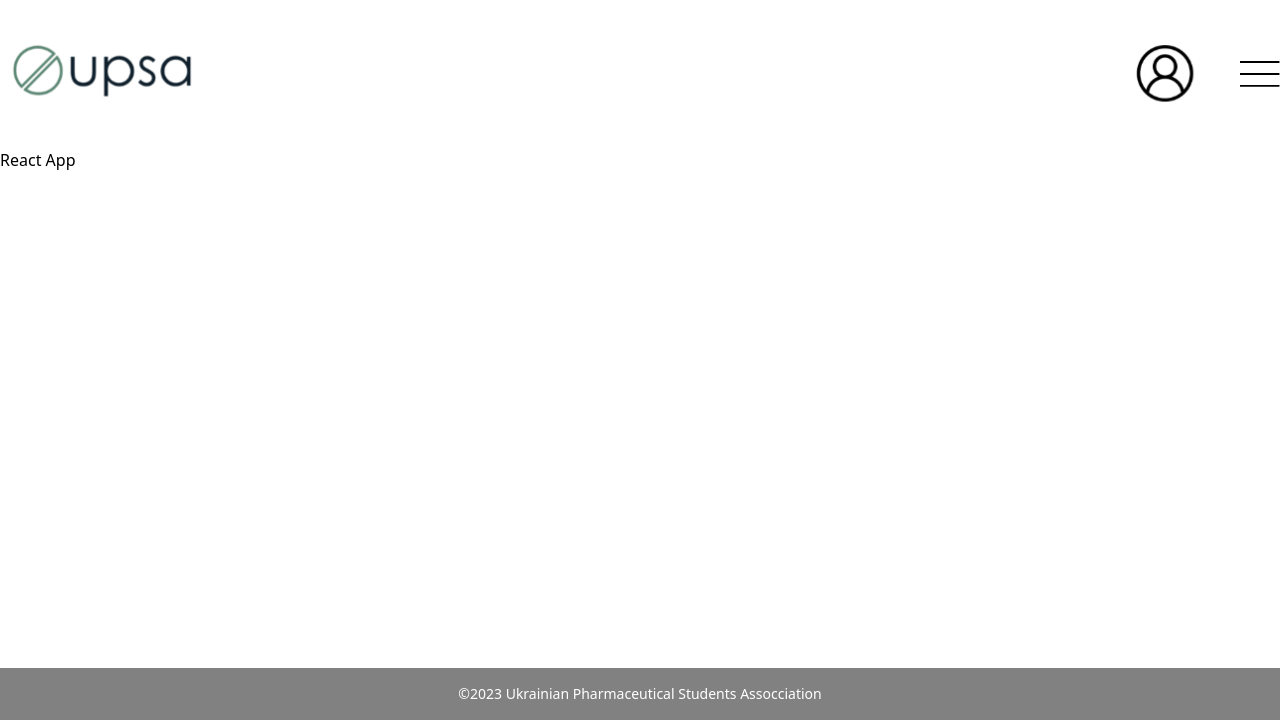
Repository: Alina-Khmilevska/UPSA-React
Page: /
These files come from the project's save history. The page is drawn as it stood at one moment and after the next save; the edit follows.
The browser window is 1280 px wide. The pictures show the whole page.
The project was rebuilt for these pictures with package versions that can differ from the ones it lists, and the page was loaded fresh each time. Also part of the build but not shown: src/components/header/menu/burgermenu/Menu.css.

Above is the page before, as saved 2023-09-26 16:30:59.

After the next save:
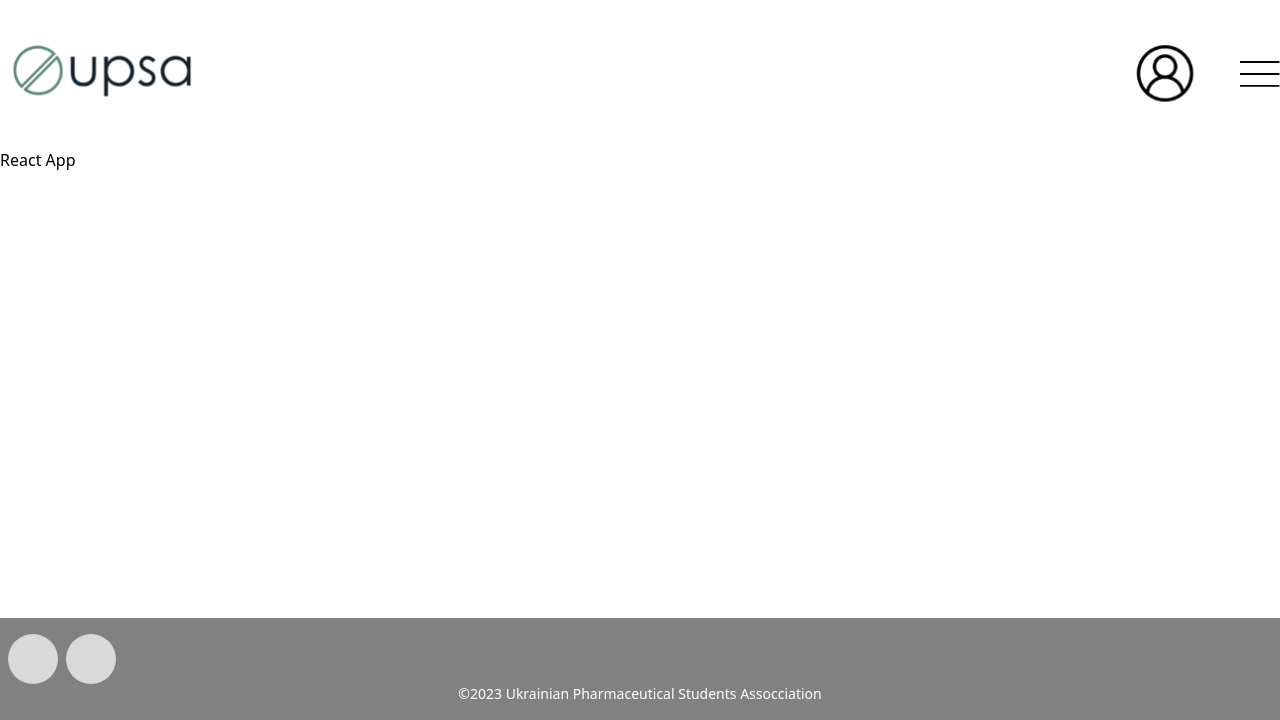
Saved 17 s later.
--- a/src/components/footer/Footer.jsx
+++ b/src/components/footer/Footer.jsx
@@ -1,16 +1,15 @@
 import React from "react";
+import LanguageIcons from "../shared/icons/LanguageIcons";
 
 const Footer = () => {
   return (
     <footer className="upsa-bg-grey text-white py-4">
-      <div className="container mx-auto">
-        <div className="flex justify-center items-center">
-          <p className="text-center text-sm">
+      <div className="flex-row justify-between items-center">
+        <LanguageIcons />
+
+      <p className="text-center text-sm">
             &copy;{new Date().getFullYear()} Ukrainian Pharmaceutical Students Assocciation
           </p>
-        </div>
-      </div>
-      <div className="flex-row justify-between items-center">
         </div>
     </footer>
   );
